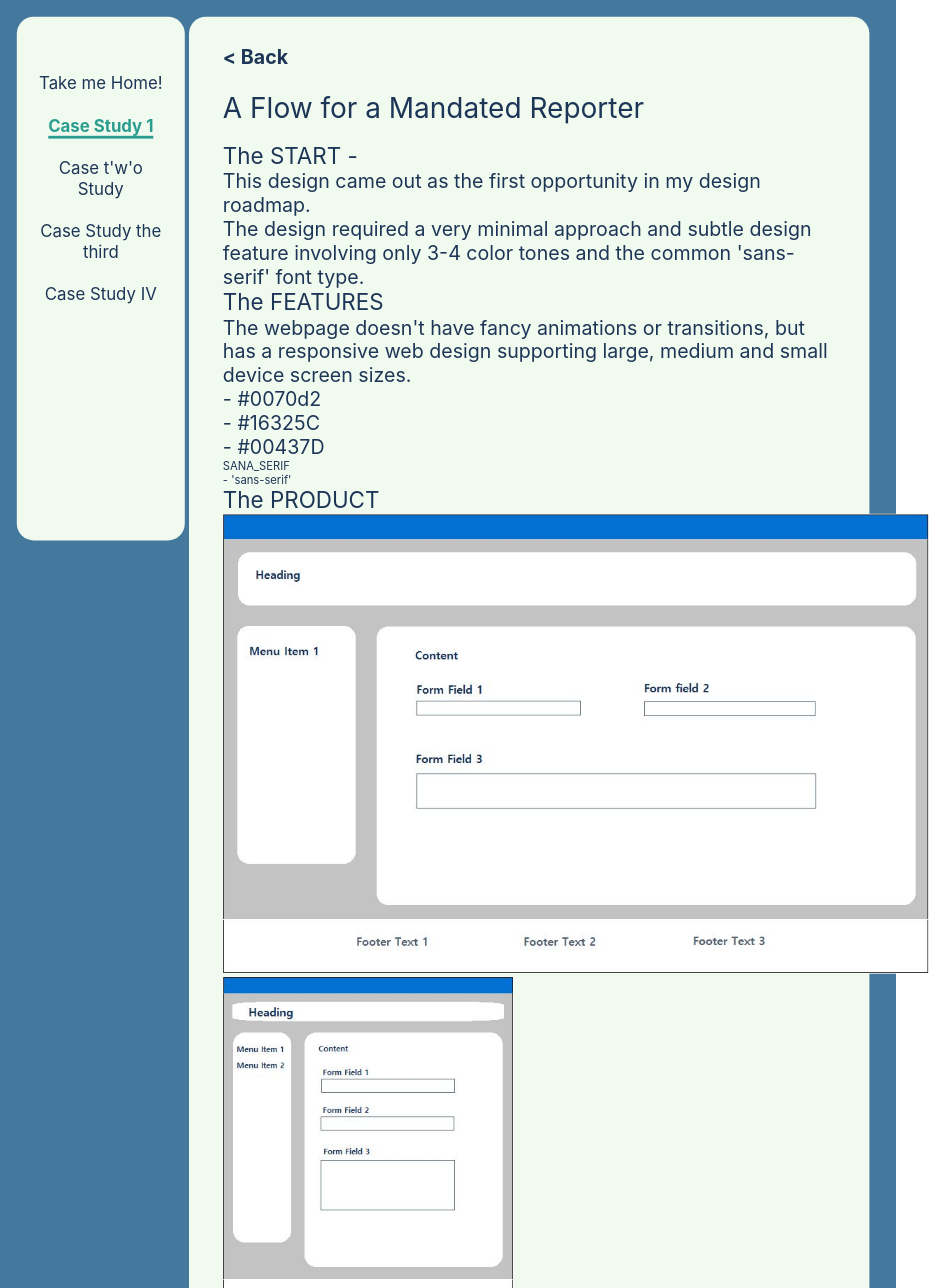
Repository: niranjangp/portfolioReact
Page: /cs-one
The author's editor kept a copy of each file at every save. The page is drawn from the files as they stood at one save, then again after the next save.
The browser window is 1280 px wide. The page is 1327 px wide, so the pictures cover 1327 px, including what lies to the right of the window. The pictures show the part of the page from y = 0 to 1840 px (the page is 2744 px tall before and 2800 px after), at 70% of full size.
The project was rebuilt for these pictures with package versions that can differ from the ones it lists, and the page was loaded fresh each time. Also part of the build but not shown: src/pages/enterDesign.jsx, src/pages/notFound.jsx.

Above is the page before, as saved 2022-02-01 03:48:00.

After the next save:
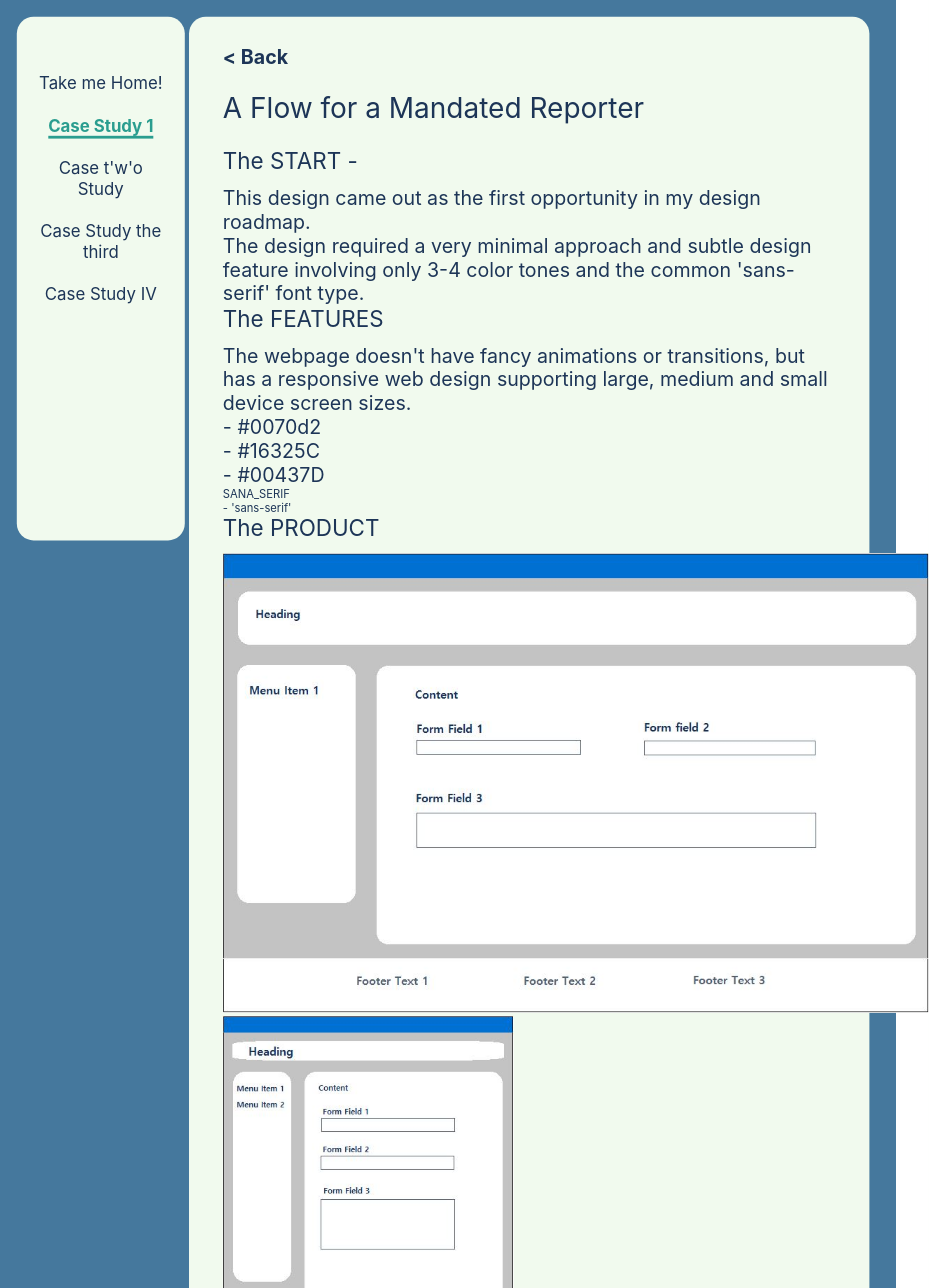
Saved 3 min 30 s later.
--- a/src/App.css
+++ b/src/App.css
@@ -198,7 +198,7 @@ footer {
 
 .csOneHeader {
   font-size: 40px;
-  padding: 16px 16px 24px 24px;
+  padding: 16px 16px 32px 24px;
 }
 
 .csOneBody {
@@ -207,10 +207,15 @@ footer {
 
 .csOneH {
   font-size: 32px;
+  padding-bottom: 16px;
 }
 
 .csOneC {
   font-size: 28px;
+}
+
+.pd-bt {
+  padding-bottom: 48px;
 }
 
 .fir {
